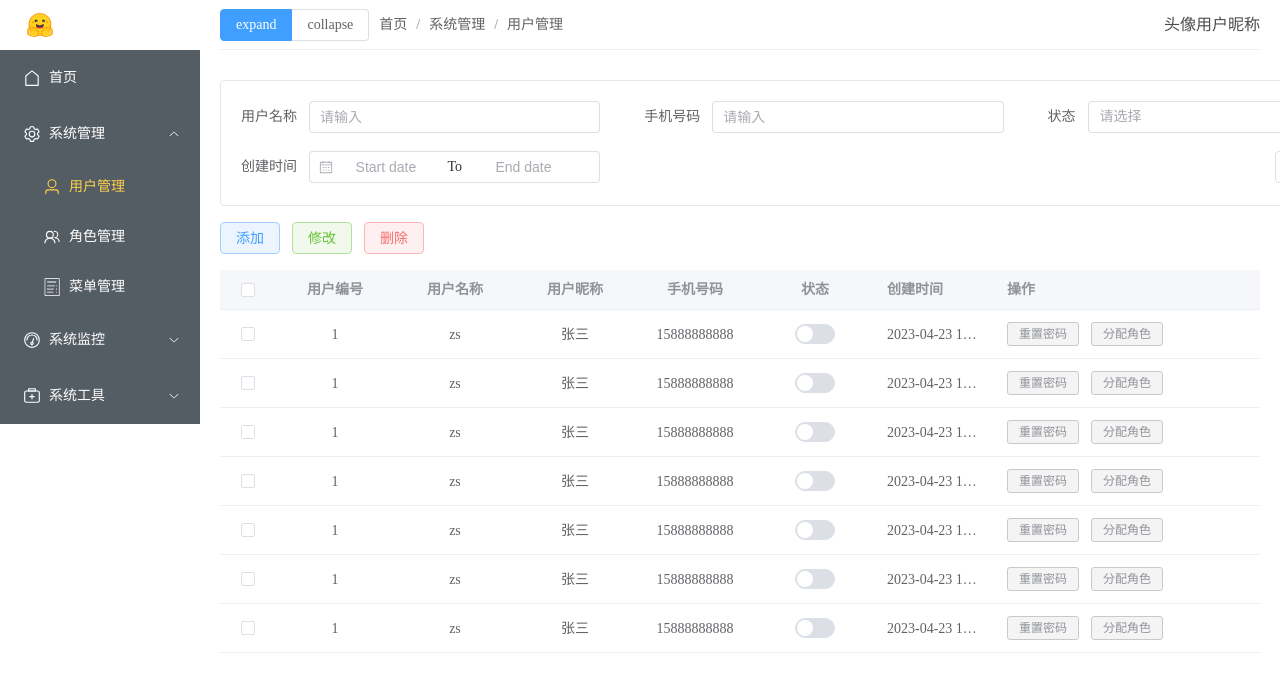
Repository: 202100202078/SignInBox
Page: /admin/system/user
These files come from the project's save history. The page is drawn as it stood at one moment and after the next save; the edit follows.
The browser window is 1280 px wide. The pictures show the whole page.
The project was rebuilt for these pictures with package versions that can differ from the ones it lists, and the page was loaded fresh each time. Also part of the build but not shown: vite.config.js, src/components/PageFooter.vue, src/components/TableLayout.vue, src/components/ToolTip.vue, src/assets/fonts/iconfont/iconfont.js, src/assets/style/variables.module.scss.

Above is the page before, as saved 2024-01-29 18:45:58.

After the next save:
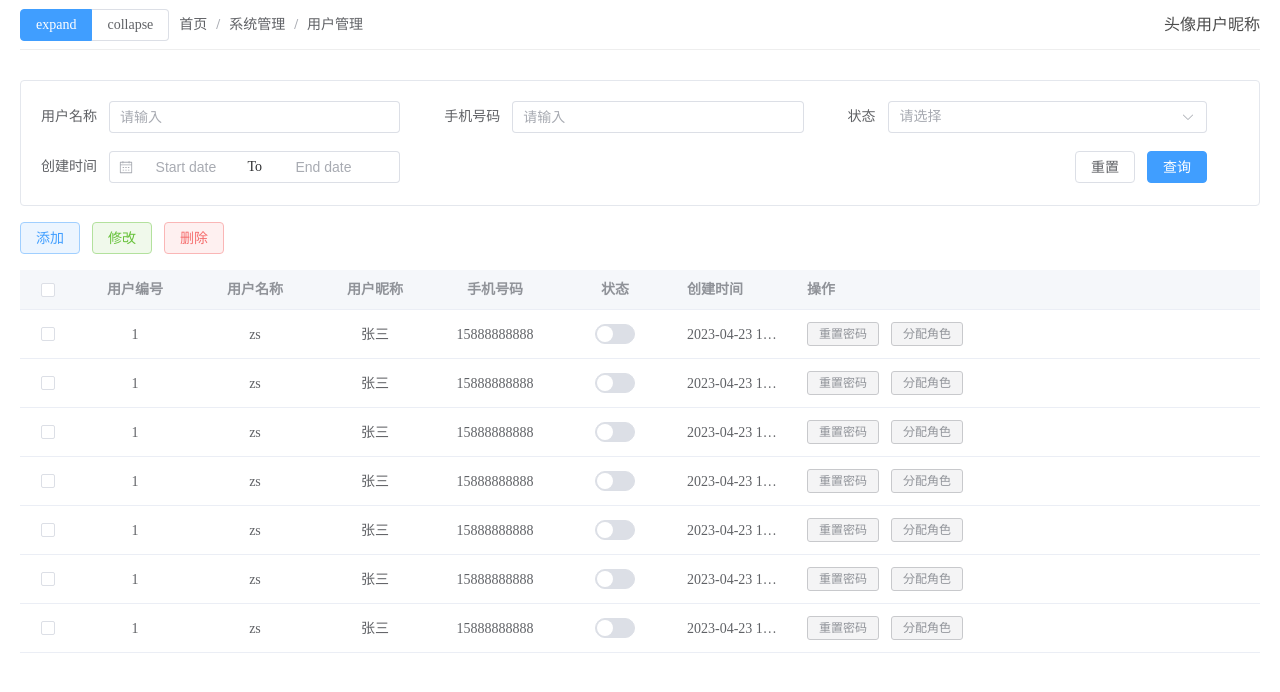
Saved 26 s later.
--- a/src/views/admin/layout/SystemPage.vue
+++ b/src/views/admin/layout/SystemPage.vue
@@ -83,127 +83,7 @@ onMounted(() => {
 <template>
   <div class="system-layout">
     <el-container style="height: 100%">
-      <el-aside
-        width="200px"
-        :style="{ width: isCollapse ? '64px' : '200px' }"
-        class="el-aside"
-      >
-        <div
-          :style="{
-            backgroundColor: variables.menuBackground
-          }"
-          class="system-layout-aside"
-        >
-          <div
-            class="logo-show"
-            :style="{
-              'padding-top': isCollapse ? '16px' : '0',
-              transition: '1.5s'
-            }"
-          >
-            <a @click="$router.replace('/system')">
-              <img src="@/assets/avg/logo.svg" alt="logo" class="logo" />
-              <h1
-                class="title"
-                :style="{
-                  opacity: isCollapse ? 0 : 1,
-                  transition: '0.5s',
-                  color: isCollapse ? '#545c64' : '#fff'
-                }"
-              >
-                API-BOX管理系统
-              </h1>
-            </a>
-          </div>
-          <el-menu
-            active-text-color="#ffd04b"
-            background-color="#545c64"
-            class="el-menu-vertical-demo"
-            :default-active="activeIndex"
-            text-color="#fff"
-            @open="handleOpen"
-            @close="handleClose"
-            :collapse="isCollapse"
-            :unique-opened="true"
-            router
-          >
-            <el-menu-item index="/admin/index">
-              <el-icon><House /></el-icon>
-              <span>首页</span>
-            </el-menu-item>
-            <el-sub-menu index="2">
-              <template #title>
-                <el-icon><Setting /></el-icon>
-                <span>系统管理</span>
-              </template>
-              <el-menu-item index="/admin/system/user">
-                <el-icon><User /></el-icon>
-                <span>用户管理</span>
-              </el-menu-item>
-              <el-menu-item index="/admin/system/role">
-                <svg class="icon" aria-hidden="true">
-                  <use xlink:href="#icon-jiaoseguanli"></use>
-                </svg>
-                <span>角色管理</span>
-              </el-menu-item>
-              <el-menu-item index="/admin/system/menu">
-                <svg class="icon" aria-hidden="true">
-                  <use xlink:href="#icon-yunyingbaobiao"></use>
-                </svg>
-                <span>菜单管理</span>
-              </el-menu-item>
-            </el-sub-menu>
-            <el-sub-menu index="3">
-              <template #title>
-                <el-icon><Odometer /></el-icon>
-                <span>系统监控</span>
-              </template>
-              <el-menu-item index="3-1">
-                <svg class="icon" aria-hidden="true">
-                  <use xlink:href="#icon-a-zaixianyonghu2"></use>
-                </svg>
-                <span>在线用户</span>
-              </el-menu-item>
-              <el-menu-item index="3-2">
-                <svg class="icon" aria-hidden="true">
-                  <use xlink:href="#icon-dingshirenwu"></use>
-                </svg>
-                <span>定时任务</span>
-              </el-menu-item>
-              <el-menu-item index="3-3">
-                <svg class="icon" aria-hidden="true">
-                  <use xlink:href="#icon-a-shujujiankong2"></use>
-                </svg>
-                <span>数据监控</span>
-              </el-menu-item>
-            </el-sub-menu>
-            <el-sub-menu index="4">
-              <template #title>
-                <el-icon><FirstAidKit /></el-icon>
-                <span>系统工具</span>
-              </template>
-              <el-menu-item index="4-1">
-                <svg class="icon" aria-hidden="true">
-                  <use xlink:href="#icon-yunyingbaobiao"></use>
-                </svg>
-                <span>表单构建</span>
-              </el-menu-item>
-              <!-- <el-menu-item index="4-2">
-                <svg class="icon" aria-hidden="true">
-                  <use xlink:href="#icon-daimashengcheng"></use>
-                </svg>
-                <span>代码生成</span>
-              </el-menu-item> -->
-              <el-menu-item index="4-3">
-                <svg class="icon" aria-hidden="true">
-                  <use xlink:href="#icon-jiekou1"></use>
-                </svg>
-                <span>系统接口</span>
-              </el-menu-item>
-            </el-sub-menu>
-          </el-menu>
-        </div>
-      </el-aside>
+
       <el-container>
         <el-header>
           <div class="header-top">
